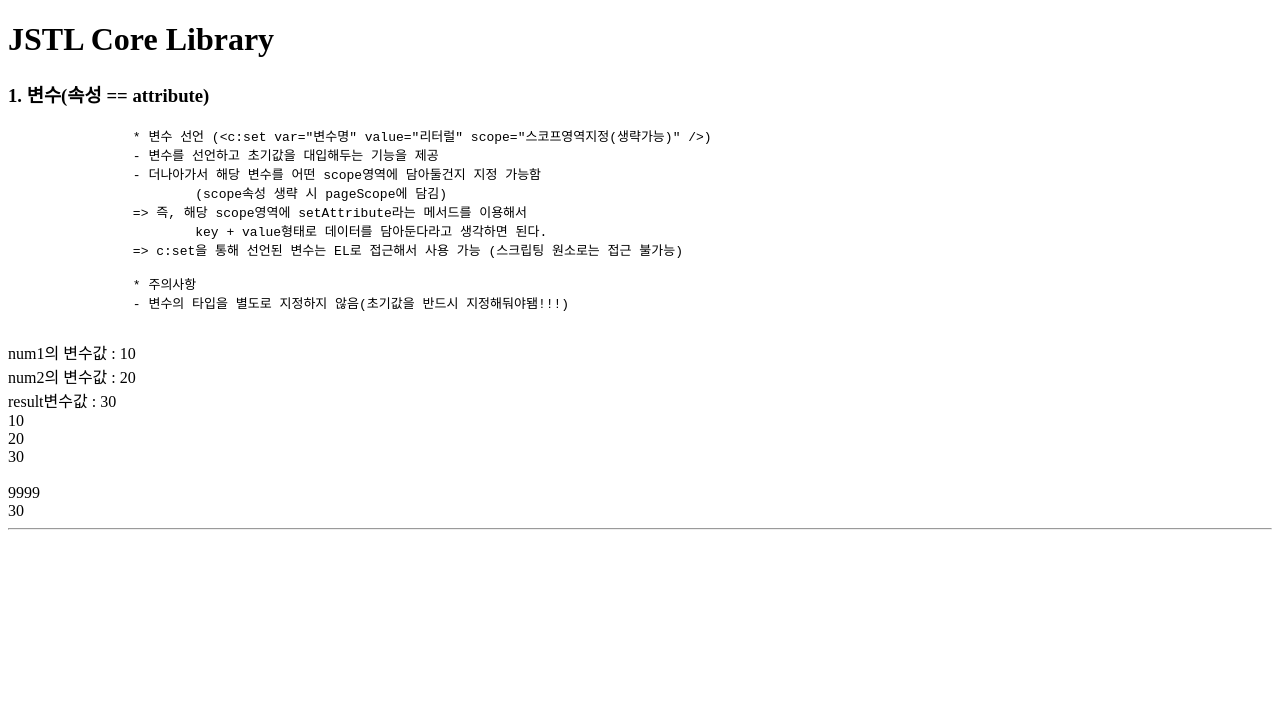
Repository: DonghwanSon1/ajax-jsp-study
Page: http://localhost/ActionProject/views/3_CustomAction/01_core.jsp
The author's editor kept a copy of each file at every save. The page is drawn from the files as they stood at one save, then again after the next save.
The browser window is 1280 px wide. The pictures show the whole page.
The page is served by Tomcat 9.

Above is the page before, as saved 2022-07-12 06:36:41.

After the next save:
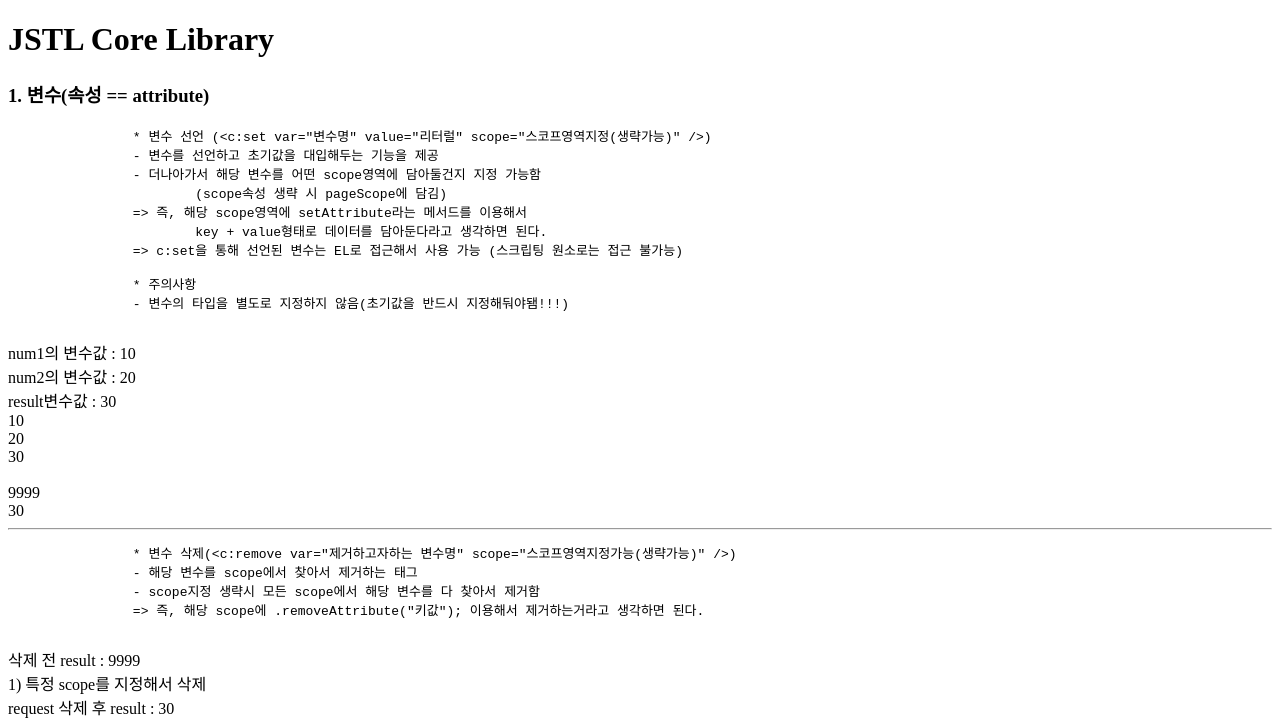
Saved 7 min 16 s later.
--- a/ActionProject/WebContent/views/3_CustomAction/01_core.jsp
+++ b/ActionProject/WebContent/views/3_CustomAction/01_core.jsp
@@ -54,6 +54,21 @@
 
 	<hr>
 
+	<pre>
+		* 변수 삭제(&lt;c:remove var="제거하고자하는 변수명" scope="스코프영역지정가능(생략가능)" /&gt;)
+		- 해당 변수를 scope에서 찾아서 제거하는 태그
+		- scope지정 생략시 모든 scope에서 해당 변수를 다 찾아서 제거함
+		=> 즉, 해당 scope에 .removeAttribute("키값"); 이용해서 제거하는거라고 생각하면 된다.
+	</pre>
+
+	삭제 전 result : ${ result } <br>
+	1) 특정 scope를 지정해서 삭제 <br>
+	<c:remove var="result" scope="request" />
+
+	request 삭제 후 result : ${ result } <br>
+
+
+
 
 
 
